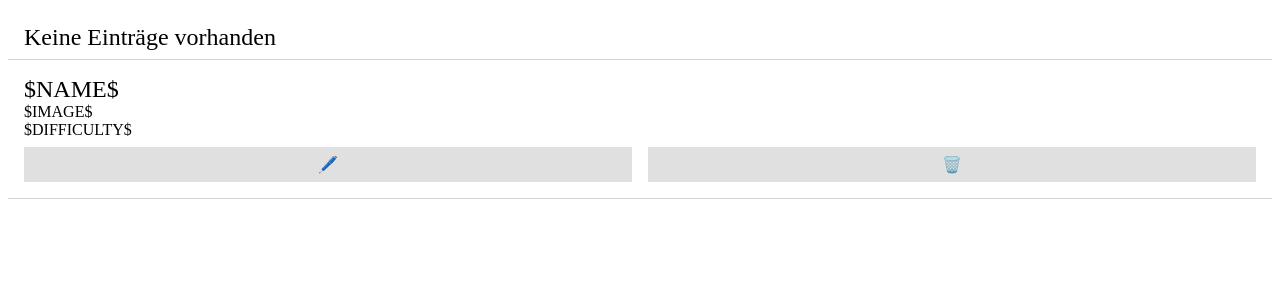
Repository: KIThubber/Fitnesstagebuch
Page: Frontend/src/page-list/page-list.html
The author's editor kept a copy of each file at every save. The page is drawn from the files as they stood at one save, then again after the next save.
The browser window is 1280 px wide. The pictures show the whole page.

Above is the page before, as saved 2022-05-06 22:17:24.

### Frontend/src/page-list/page-list.html
<!-- Stylesheet der Seite -->
<style>
    /* LISTENEINTRÄGE */
    main ol {
        list-style: none;
        margin: 0;
        padding: 0;
    }

    main li {
        margin: 0;
        padding: 1em;
        padding-bottom: 0.5em;

        background-color: white;
        transition: background-color 0.5s;

        border: 0px solid lightgrey;
        border-bottom-width: 1px;
    }

    main li:hover {
        background-color: #fafafa;
    }

    main .name {
        font-size: 150%;
    }

    /* AKTIONSBUTTONS */
    main .actions {
        display: flex;
        justify-content: space-between;
    }

    main .actions > div {
        padding: 0.5em;
        margin: 0.5em;

        background-color: #e0e0e0;
        transition: background-color 0.5s;

        flex: 1;
        text-align: center;
    }

    main .actions > div:first-child {
        margin-left: 0;
    }

    main .actions > div:last-child {
        margin-right: 0;
    }

    main .actions > div:hover {
        background-color: #f0f0f0;
        cursor: pointer;
    }
</style>

<!-- Inhalt der Seite -->
<main>
    <ol>
        <!-- Platzhalter für eine leere Liste -->
        <li class="empty-placeholder">
            <div class="name">
                Keine Einträge vorhanden
            </div>
        </li>

        <!-- Vorlage für einen Eintrag in der Liste -->
        <li class="list-entry" data-id="$ID$">
            <div class="name">
                $NAME$
            </div>
            <div class="field phone">
                $IMAGE$
            </div>
            <div class="field email">
                $DIFFICULTY$
            </div>
            <div class="actions">
                <div class="action edit">
                    <a>🖊️</a>
                </div>
                <div class="action delete">
                    <a>🗑️</a>
                </div>
            </div>
        </li>
    </ol>
</main>

After the next save:
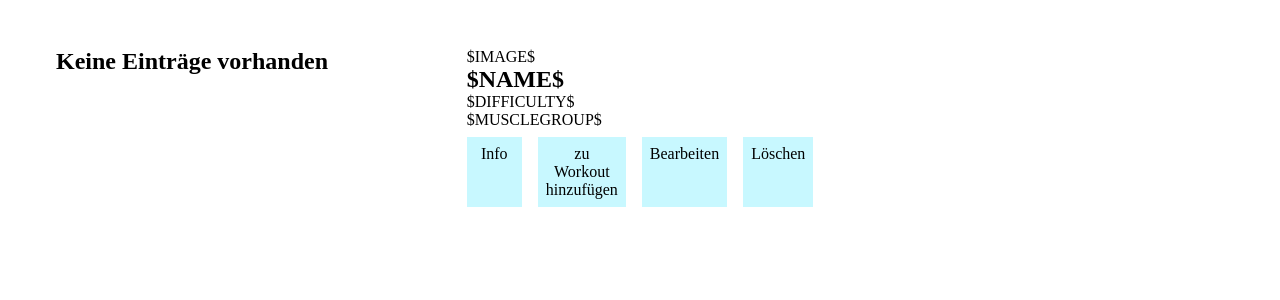
Saved 30 min 35 s later.
--- a/Frontend/src/page-list/page-list.html
+++ b/Frontend/src/page-list/page-list.html
@@ -1,30 +1,31 @@
 <!-- Stylesheet der Seite -->
 <style>
     /* LISTENEINTRÄGE */
+    main{
+        margin: 1em;
+    }
     main ol {
         list-style: none;
         margin: 0;
         padding: 0;
+        border:20px #F2F2F2;
     }
 
     main li {
-        margin: 0;
+        margin: 1em;
         padding: 1em;
-        padding-bottom: 0.5em;
 
         background-color: white;
-        transition: background-color 0.5s;
-
-        border: 0px solid lightgrey;
-        border-bottom-width: 1px;
+        border-radius: 20px 20px 20px 20px;
     }
 
     main li:hover {
-        background-color: #fafafa;
+        background-color: #C8F8FF;
     }
 
     main .name {
         font-size: 150%;
+        font-weight: bold;
     }
 
     /* AKTIONSBUTTONS */
@@ -37,8 +38,7 @@
         padding: 0.5em;
         margin: 0.5em;
 
-        background-color: #e0e0e0;
-        transition: background-color 0.5s;
+        background-color: #C8F8FF;
 
         flex: 1;
         text-align: center;
@@ -53,9 +53,26 @@
     }
 
     main .actions > div:hover {
-        background-color: #f0f0f0;
+        background-color: white;
+        text-decoration: none;
         cursor: pointer;
     }
+
+    @media (min-width: 900px) {
+    /*iPad*/
+      ol {
+        display: grid;
+        grid-template-columns: 1fr 1fr;
+      }
+  }
+
+  @media (min-width: 1194px) {
+    /*display groß*/
+      ol {
+        display: grid;
+        grid-template-columns: 1fr 1fr 1fr;
+      }
+  }
 </style>
 
 <!-- Inhalt der Seite -->
@@ -69,24 +86,36 @@
         </li>
 
         <!-- Vorlage für einen Eintrag in der Liste -->
+
         <li class="list-entry" data-id="$ID$">
+            <div class="field phone">
+                $IMAGE$
+            </div>
             <div class="name">
                 $NAME$
-            </div>
-            <div class="field phone">
-                $IMAGE$
             </div>
             <div class="field email">
                 $DIFFICULTY$
             </div>
+            <div class="field email">
+                $MUSCLEGROUP$
+            </div>
             <div class="actions">
+                <div class="action description">
+                    <a>Info</a>
+                </div>
+                <div class="action addToWorkout">
+                    <a> zu Workout hinzufügen </a>
+                </div>
                 <div class="action edit">
-                    <a>🖊️</a>
+                    <a>Bearbeiten</a>
                 </div>
                 <div class="action delete">
-                    <a>🗑️</a>
+                    <a>Löschen</a>
                 </div>
             </div>
+        </div>
         </li>
+
     </ol>
 </main>
